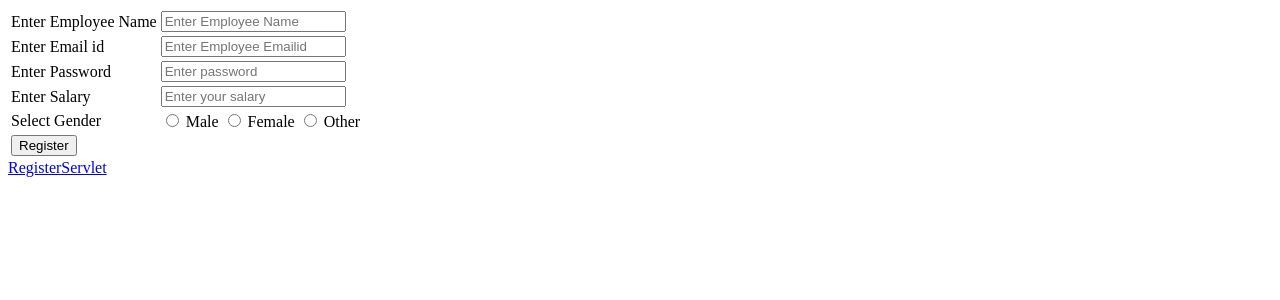
Repository: rajeshyadav3/Advjava
Page: workspace2/EmpWebApp/WebContent/Register.html
The author's editor kept a copy of each file at every save. The page is drawn from the files as they stood at one save, then again after the next save.
The browser window is 1280 px wide. The pictures show the whole page.

Above is the page before, as saved 2024-01-03 19:02:30.

After the next save:
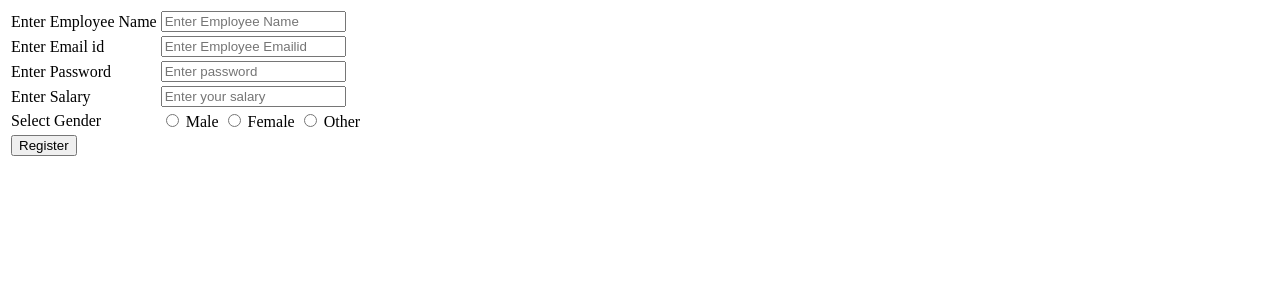
Saved 3 s later.
--- a/workspace2/EmpWebApp/WebContent/Register.html
+++ b/workspace2/EmpWebApp/WebContent/Register.html
@@ -43,7 +43,7 @@
         </tr>
 
     </table>
-    <a href= "RegisterServlet"/>RegisterServlet</a>
+
 </form>
 
 
